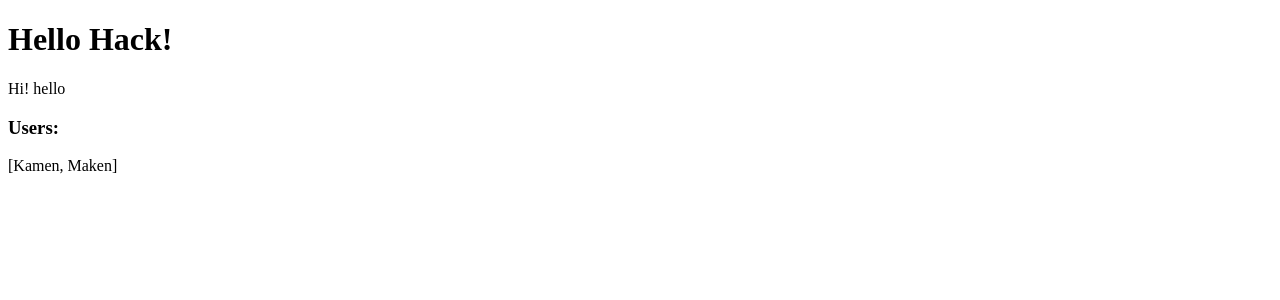
Repository: borisaltanov/HackBulgaria-Java-101
Page: http://localhost/TodooList/Index
The author's editor kept a copy of each file at every save. The page is drawn from the files as they stood at one save, then again after the next save.
The browser window is 1280 px wide. The pictures show the whole page.
The page is served by Tomcat 9.

Above is the page before, as saved 2017-02-17 17:18:46.

### java-ee/TodooList/WebContent/index.jsp
<%@ page language="java" contentType="text/html; charset=UTF-8"
	pageEncoding="UTF-8"%>

<% String hi = "Hi!"; %>
<!DOCTYPE html PUBLIC "-//W3C//DTD HTML 4.01 Transitional//EN" "http://www.w3.org/TR/html4/loose.dtd">
<html>
	<head>
		<meta http-equiv="Content-Type" content="text/html; charset=UTF-8">
		<title>${title}</title>
	</head>
	<body>
		<h1>Hello Hack!</h1>
		<%=hi %>
		${message}

		<h3>Users: </h3>
		${users}
	</body>
</html>

### java-ee/TodooList/src/com/hackbulgaria/Index.java
package com.hackbulgaria;

import java.io.IOException;
import java.util.LinkedList;

import javax.servlet.RequestDispatcher;
import javax.servlet.ServletException;
import javax.servlet.annotation.WebServlet;
import javax.servlet.http.HttpServlet;
import javax.servlet.http.HttpServletRequest;
import javax.servlet.http.HttpServletResponse;

/**
 * Servlet implementation class Index
 */
@WebServlet("/Index")
public class Index extends HttpServlet {
	private static final long serialVersionUID = 1L;


	protected void doGet(HttpServletRequest request, HttpServletResponse response) throws ServletException, IOException {
/*		LinkedList<String> users = new LinkedList<>();

		users.add("Kamen");
		users.add("Maken");


		String usersString = "<ul>";
		for (String u : users) {
			usersString += "<li>" + u + "</li>";
		}
		usersString += "</ul>";


		response.
			getWriter()
			.write("<h1>Hello Hack!</h1>" + usersString);*/

		LinkedList<String> users = new LinkedList<>();

		users.add("Kamen");
		users.add("Maken");

		request.getSession().setAttribute("message", "hello");
		request.getSession().setAttribute("title", "ToDo List");
		request.getSession().setAttribute("users",users);

		RequestDispatcher view =
				request.getRequestDispatcher("index.jsp");

		view.forward(request, response);

	}


	protected void doPost(HttpServletRequest request, HttpServletResponse response) throws ServletException, IOException {
	}

}

After the next save:
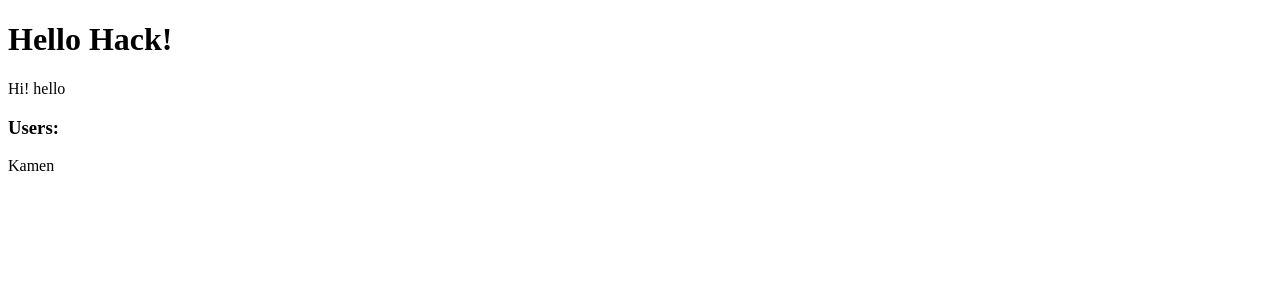
Saved 2 min 6 s later.
--- a/java-ee/TodooList/WebContent/index.jsp
+++ b/java-ee/TodooList/WebContent/index.jsp
@@ -14,6 +14,6 @@
 		${message}
 
 		<h3>Users: </h3>
-		${users}
+		${users.get(0)}
 	</body>
 </html>
